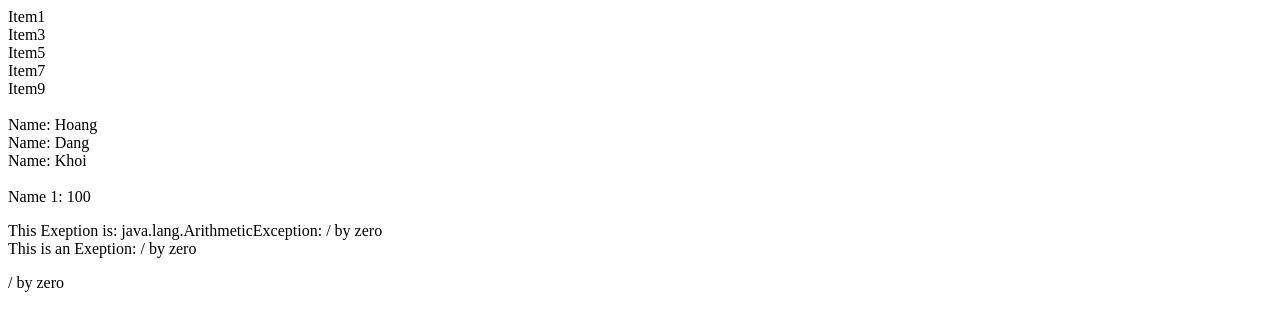
Repository: khoi140499/jsp
Page: http://localhost/JSP_EX2/
These files come from the project's save history. The page is drawn as it stood at one moment and after the next save; the edit follows.
The browser window is 1280 px wide. The pictures show the whole page.
The page is served by Tomcat 9.

Above is the page before, as saved 2020-03-02 14:04:20.

### JSP_EX2/WebContent/index.jsp
<%@ page language="java" contentType="text/html; charset=utf-8"
    pageEncoding="utf-8"%>
<%@ taglib prefix = "c" uri = "http://java.sun.com/jsp/jstl/core" %>
<!DOCTYPE html PUBLIC "-//W3C//DTD HTML 4.01 Transitional//EN" "http://www.w3.org/TR/html4/loose.dtd">
<html>
<head>
<meta http-equiv="Content-Type" content="text/html; charset=utf-8">
<title>Insert title here</title>
</head>
<body>
	<c:forEach var="i" begin="1" end="10" step="2">
		Item<c:out value="${i}">
		</c:out><br>
	</c:forEach><br>
	<c:forTokens items="Hoang,Dang,Khoi" delims="," var="name">
		Name: <c:out value="${name}"></c:out><br>
	</c:forTokens><br>
	<c:set var="name" scope="session" value="${100}"/>
		Name 1: <c:out value="${name}"/>
	<c:catch var="catchExeption">
			<% int i=5/0; %>
	</c:catch>
	<c:if test="${catchExeption != null}" >
	    	<p> This Exeption is: ${catchExeption}<br>
	    	This is an Exeption: ${catchExeption.message}</p>
	<p>
		<%
			try{
				int i=5/0;
			}catch(Exception e){
				out.print(e.getMessage());
			}
		%>
	</p>
 </c:if>
</body>
</html>

After the next save:
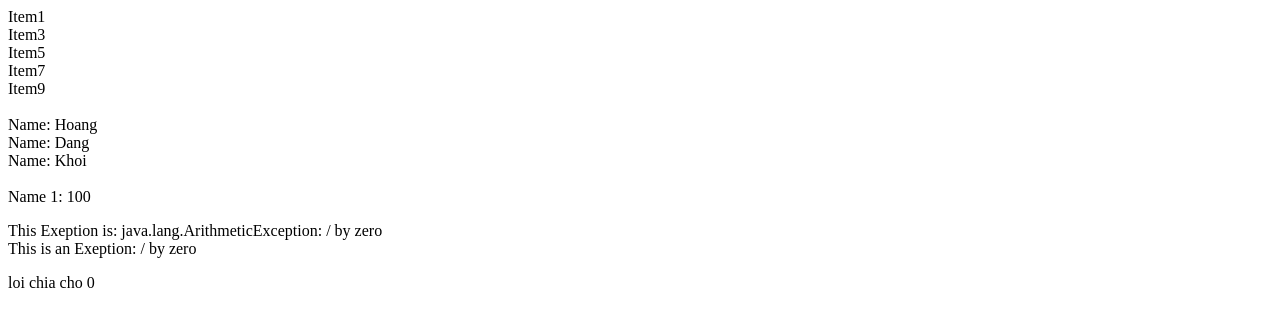
Saved 21 s later.
--- a/JSP_EX2/WebContent/index.jsp
+++ b/JSP_EX2/WebContent/index.jsp
@@ -28,7 +28,7 @@
 			try{
 				int i=5/0;
 			}catch(Exception e){
-				out.print(e.getMessage());
+				out.print("loi chia cho 0");
 			}
 		%>
 	</p>
